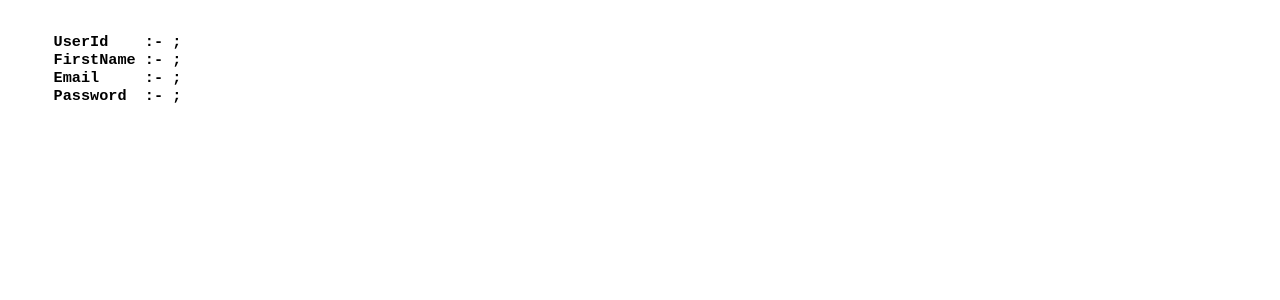
Repository: shzkhar/ISM_ADV_JAVA_23
Page: http://localhost/Adv_Java_Crud/ViewUser.jsp
These files come from the project's save history. The page is drawn as it stood at one moment and after the next save; the edit follows.
The browser window is 1280 px wide. The pictures show the whole page.
The page is served by Tomcat 9.

Above is the page before, as saved 2023-04-05 15:17:19.

After the next save:
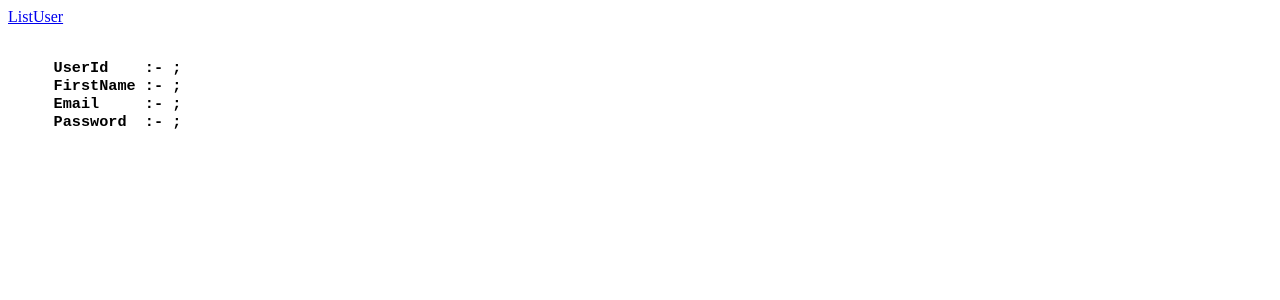
Saved 12 h 32 min later.
--- a/Adv_Java_Crud/src/main/webapp/ViewUser.jsp
+++ b/Adv_Java_Crud/src/main/webapp/ViewUser.jsp
@@ -8,6 +8,7 @@
 <title>Insert title here</title>
 </head>
 <body>
+      <a href="ListUser.jsp">ListUser</a>
      <pre><h3>
      UserId    :- ${user.id};
      FirstName :- ${user.firstname};
